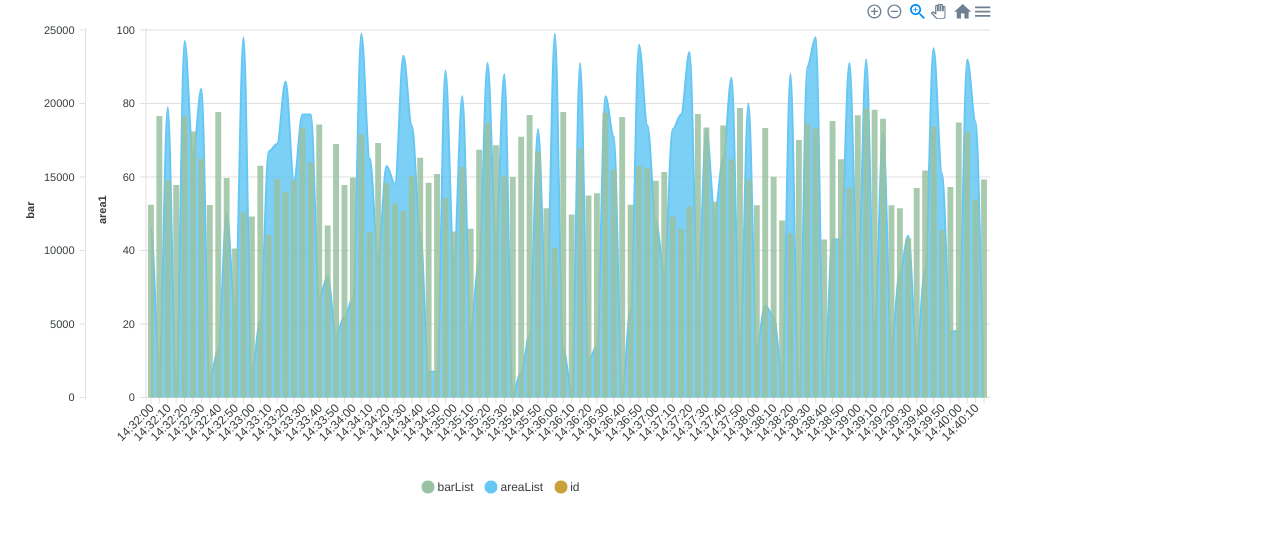
Repository: wanted-pre-onboarding-internship-1team/pre-onboarding-9th-3-1
Page: /
The author's editor kept a copy of each file at every save. The page is drawn from the files as they stood at one save, then again after the next save.
The browser window is 1280 px wide. The pictures show the whole page.
The project was rebuilt for these pictures with package versions that can differ from the ones it lists, and the page was loaded fresh each time.

Above is the page before, as saved 2023-03-15 00:28:46.

### public/index.html
<!DOCTYPE html>
<html lang="en">
  <head>
    <meta charset="utf-8" />
    <link rel="icon" href="%PUBLIC_URL%/favicon.ico" />
    <meta name="viewport" content="width=device-width, initial-scale=1" />
    <meta name="theme-color" content="#000000" />

    <title>React App</title>
  </head>

  <body>
    <div id="root"></div>
  </body>
</html>

### src/index.tsx
import App from './App';
import './index.css';
import React from 'react';
import ReactDOM from 'react-dom/client';
import { BrowserRouter } from 'react-router-dom';

const root = ReactDOM.createRoot(
  document.getElementById('root') as HTMLElement
);
root.render(
  <BrowserRouter>
    <App />
  </BrowserRouter>
);

### src/App.tsx
import Router from './router/router';
import { createGlobalStyle } from 'styled-components';
import reset from 'styled-reset';

const GlobalStyle = createGlobalStyle`
  ${reset}
`;

function App() {
  return (
    <>
      <GlobalStyle />
      <Router />
    </>
  );
}

export default App;

### src/router/router.tsx
import Mainpage from '../pages/Mainpage';
import React from 'react';
import { Route, Routes } from 'react-router-dom';

export default function router() {
  return (
    <Routes>
      <Route path='/' element={<Mainpage />} />
    </Routes>
  );
}

### src/pages/Mainpage.tsx
import { api } from '../apis';
import { GetMockResponse } from '../apis/types/mock';
import useMockList from '../hooks/useMockList';
import axios from 'axios';
import React, { useEffect, useState } from 'react';
import ApexCharts from 'react-apexcharts';

export default function Mainpage() {
  const test = useMockList();
  console.log(test);
  return (
    <div>
      {/* <ApexCharts
        type='line'
        height='500'
        width='500'
        series={[
          {
            name: 'Column A',
            type: 'column',
            data: [21.1, 23, 33.1, 34, 44.1, 44.9, 56.5, 58.5],
          },
          {
            name: 'Column B',
            type: 'column',
            data: [10, 19, 27, 26, 34, 35, 40, 38],
          },
          {
            name: 'Line C',
            type: 'line',
            data: [1.4, 2, 2.5, 1.5, 2.5, 2.8, 3.8, 4.6],
          },
        ]}
        options={{
          theme: {
            mode: 'dark',
          },
          chart: {
            toolbar: {
              show: false,
            },
          },
          grid: { show: false },
          stroke: {
            curve: 'smooth',
            width: 5,
          },
          xaxis: {
            categories: [2009, 2010, 2011, 2012, 2013, 2014, 2015, 2016],
          },
          yaxis: [
            {
              seriesName: 'Column A',
              axisTicks: {
                show: true,
              },
              axisBorder: {
                show: true,
              },
              title: {
                text: 'Columns',
              },
            },
            {
              seriesName: 'Column A',
              show: false,
            },
            {
              opposite: true,
              seriesName: 'Line C',
              axisTicks: {
                show: true,
              },
              axisBorder: {
                show: true,
              },
              title: {
                text: 'Line',
              },
            },
          ],
          colors: ['#99C2A2', '#C5EDAC', '#66C7F4'],
          legend: {
            horizontalAlign: 'left',
            offsetX: 40,
          },
        }}
      /> */}
      <ApexCharts
        height='500'
        width='1000'
        series={[
          {
            name: 'barList',
            type: 'column',
            data: test.barValueList,
          },
          {
            name: 'areaList',
            type: 'area',
            data: test.areaValueList,
          },
          {
            name: 'id',
            type: 'none',
            data: test.areaValueList,
          },
        ]}
        options={{
          stroke: {
            width: [0, 2, 5],
            curve: 'smooth',
          },
          dataLabels: {
            enabled: false,
          },
          yaxis: [
            {
              seriesName: 'areaList',
              axisTicks: {
                show: true,
              },
              axisBorder: {
                show: true,
              },
              title: {
                text: 'area1',
              },
            },
            {
              seriesName: 'barList',
              axisTicks: {
                show: true,
              },
              axisBorder: {
                show: true,
              },
              title: {
                text: 'bar',
              },
            },
          ],
          xaxis: {
            categories: test.timeList,
          },
          colors: ['#99C2A2', '#66C7F4', '#caa137'],
        }}
      />
    </div>
  );
}

{
  /* <div>
<ApexCharts
  height='500'
  width='1000'
  series={[
    {
      name: 'TEAM A',
      type: 'column',
      data: test.areaValueList,
    },
  ]}
  options={{
    grid: {
      row: {
        colors: ['#f3f3f3', 'transparent'],
        opacity: 0.5,
      },
    },
    stroke: {
      width: [0, 2, 5],
      curve: 'smooth',
    },

    xaxis: {
      categories: test.timeList,
    },
    colors: ['red', 'blue'],
  }}
/>
</div> */
}

### src/hooks/useMockList.ts
import { api } from '../apis';
import { GetMockResponse } from '../apis/types/mock';
import { useEffect, useState } from 'react';

export default function useMockList() {
  const [originData, setOriginData] = useState<GetMockResponse['response']>();

  const dateList = originData ? Object.keys(originData) : [];

  const timeList = originData
    ? Object.keys(originData).map(time => time.split(' ')[1])
    : [];

  const idList = originData
    ? Object.entries(originData).map(entry => entry[1].id)
    : [];

  const barValueList = originData
    ? Object.entries(originData).map(entry => entry[1].value_bar)
    : [];

  const areaValueList = originData
    ? Object.entries(originData).map(entry => entry[1].value_area)
    : [];

  useEffect(() => {
    api.mock.getMockDatas().then(res => {
      const { data } = res;
      setOriginData(data.response);
    });
  }, []);

  return { timeList, dateList, idList, barValueList, areaValueList };
}

### src/apis/index.ts
import { instance } from './instance';
import MockService from './mockService';

const mockService = new MockService(instance);

export const api = { mock: mockService };

### src/apis/instance.ts
import axios, { AxiosInstance, AxiosRequestConfig, AxiosResponse } from 'axios';

interface CustomInstance extends AxiosInstance {
  get<T = unknown, R = AxiosResponse<T>, D = unknown>(
    url: string,
    config?: AxiosRequestConfig<D>
  ): Promise<R>;
}

const instance: CustomInstance = axios.create({
  baseURL: '/',
});

export { instance };

### src/apis/mockService.ts
import { instance } from './instance';
import { GetMockResponse } from './types/mock';

export default class MockService {
  constructor(private api: typeof instance) {}
  getMockDatas = async () => this.api.get<GetMockResponse>('data/mock.json');
}

### public/data/mock.json
{
  "type": "Flexsys Mock API",
  "version": 1.0,
  "response": {
    "2023-02-01 14:32:00": {
      "id": "성북구",
      "value_area": 46,
      "value_bar": 13111
    },
    "2023-02-01 14:32:05": {
      "id": "강남구",
      "value_area": 9,
      "value_bar": 19143
    },
    "2023-02-01 14:32:10": {
      "id": "노원구",
      "value_area": 79,
      "value_bar": 14798
    },
    "2023-02-01 14:32:15": {
      "id": "중랑구",
      "value_area": 4,
      "value_bar": 14456
    },
    "2023-02-01 14:32:20": {
      "id": "노원구",
      "value_area": 97,
      "value_bar": 19116
    },
    "2023-02-01 14:32:25": {
      "id": "성북구",
      "value_area": 66,
      "value_bar": 18098
    },
    "2023-02-01 14:32:30": {
      "id": "중랑구",
      "value_area": 84,
      "value_bar": 16243
    },
    "2023-02-01 14:32:35": {
      "id": "강남구",
      "value_area": 5,
      "value_bar": 13100
    },
    "2023-02-01 14:32:40": {
      "id": "성북구",
      "value_area": 13,
      "value_bar": 19429
    },
    "2023-02-01 14:32:45": {
      "id": "노원구",
      "value_area": 50,
      "value_bar": 14923
    },
    "2023-02-01 14:32:50": {
      "id": "강남구",
      "value_area": 24,
      "value_bar": 10127
    },
    "2023-02-01 14:32:55": {
      "id": "강남구",
      "value_area": 98,
      "value_bar": 12583
    },
    "2023-02-01 14:33:00": {
      "id": "중랑구",
      "value_area": 7,
      "value_bar": 12310
    },
    "2023-02-01 14:33:05": {
      "id": "중랑구",
      "value_area": 21,
      "value_bar": 15764
    },
    "2023-02-01 14:33:10": {
      "id": "강남구",
      "value_area": 67,
      "value_bar": 11060
    },
    "2023-02-01 14:33:15": {
      "id": "강남구",
      "value_area": 69,
      "value_bar": 14857
    },
    "2023-02-01 14:33:20": {
      "id": "노원구",
      "value_area": 86,
      "value_bar": 13995
    },
    "2023-02-01 14:33:25": {
      "id": "중랑구",
      "value_area": 59,
      "value_bar": 14773
    },
    "2023-02-01 14:33:30": {
      "id": "노원구",
      "value_area": 77,
      "value_bar": 18347
    },
    "2023-02-01 14:33:35": {
      "id": "성북구",
      "value_area": 77,
      "value_bar": 15970
    },
    "2023-02-01 14:33:40": {
      "id": "성북구",
      "value_area": 27,
      "value_bar": 18577
    },
    "2023-02-01 14:33:45": {
      "id": "성북구",
      "value_area": 33,
      "value_bar": 11704
    },
    "2023-02-01 14:33:50": {
      "id": "성북구",
      "value_area": 17,
      "value_bar": 17241
    },
    "2023-02-01 14:33:55": {
      "id": "노원구",
      "value_area": 22,
      "value_bar": 14450
    },
    "2023-02-01 14:34:00": {
      "id": "중랑구",
      "value_area": 27,
      "value_bar": 14970
    },
    "2023-02-01 14:34:05": {
      "id": "중랑구",
      "value_area": 99,
      "value_bar": 17906
    },
    "2023-02-01 14:34:10": {
      "id": "강남구",
      "value_area": 65,
      "value_bar": 11233
    },
    "2023-02-01 14:34:15": {
      "id": "노원구",
      "value_area": 38,
      "value_bar": 17306
    },
    "2023-02-01 14:34:20": {
      "id": "성북구",
      "value_area": 63,
      "value_bar": 14577
    },
    "2023-02-01 14:34:25": {
      "id": "중랑구",
      "value_area": 58,
      "value_bar": 13199
    },
    "2023-02-01 14:34:30": {
      "id": "중랑구",
      "value_area": 93,
      "value_bar": 12707
    },
    "2023-02-01 14:34:35": {
      "id": "강남구",
      "value_area": 74,
      "value_bar": 15064
    },
    "2023-02-01 14:34:40": {
      "id": "강남구",
      "value_area": 45,
      "value_bar": 16300
    },
    "2023-02-01 14:34:45": {
      "id": "성북구",
      "value_area": 7,
      "value_bar": 14605
    },
    "2023-02-01 14:34:50": {
      "id": "노원구",
      "value_area": 7,
      "value_bar": 15210
    },
    "2023-02-01 14:34:55": {
      "id": "성북구",
      "value_area": 89,
      "value_bar": 13578
    },
    "2023-02-01 14:35:00": {
      "id": "중랑구",
      "value_area": 37,
      "value_bar": 11298
    },
    "2023-02-01 14:35:05": {
      "id": "노원구",
      "value_area": 82,
      "value_bar": 15686
    },
    "2023-02-01 14:35:10": {
      "id": "중랑구",
      "value_area": 19,
      "value_bar": 11485
    },
    "2023-02-01 14:35:15": {
      "id": "성북구",
      "value_area": 37,
      "value_bar": 16848
    },
    "2023-02-01 14:35:20": {
      "id": "성북구",
      "value_area": 91,
      "value_bar": 18670
    },
    "2023-02-01 14:35:25": {
      "id": "강남구",
      "value_area": 44,
      "value_bar": 17165
    },
    "2023-02-01 14:35:30": {
      "id": "성북구",
      "value_area": 88,
      "value_bar": 15053
    },
    "2023-02-01 14:35:35": {
      "id": "성북구",
      "value_area": 1,
      "value_bar": 14998
    },
    "2023-02-01 14:35:40": {
      "id": "강남구",
      "value_area": 7,
      "value_bar": 17739
    },
    "2023-02-01 14:35:45": {
      "id": "중랑구",
      "value_area": 17,
      "value_bar": 19212
    },
    "2023-02-01 14:35:50": {
      "id": "노원구",
      "value_area": 73,
      "value_bar": 16757
    },
    "2023-02-01 14:35:55": {
      "id": "노원구",
      "value_area": 24,
      "value_bar": 12864
    },
    "2023-02-01 14:36:00": {
      "id": "노원구",
      "value_area": 99,
      "value_bar": 10178
    },
    "2023-02-01 14:36:05": {
      "id": "성북구",
      "value_area": 13,
      "value_bar": 19425
    },
    "2023-02-01 14:36:10": {
      "id": "강남구",
      "value_area": 2,
      "value_bar": 12455
    },
    "2023-02-01 14:36:15": {
      "id": "노원구",
      "value_area": 91,
      "value_bar": 16945
    },
    "2023-02-01 14:36:20": {
      "id": "성북구",
      "value_area": 10,
      "value_bar": 13734
    },
    "2023-02-01 14:36:25": {
      "id": "성북구",
      "value_area": 14,
      "value_bar": 13894
    },
    "2023-02-01 14:36:30": {
      "id": "중랑구",
      "value_area": 82,
      "value_bar": 19367
    },
    "2023-02-01 14:36:35": {
      "id": "중랑구",
      "value_area": 71,
      "value_bar": 15492
    },
    "2023-02-01 14:36:40": {
      "id": "강남구",
      "value_area": 2,
      "value_bar": 19082
    },
    "2023-02-01 14:36:45": {
      "id": "노원구",
      "value_area": 24,
      "value_bar": 13117
    },
    "2023-02-01 14:36:50": {
      "id": "노원구",
      "value_area": 96,
      "value_bar": 15744
    },
    "2023-02-01 14:36:55": {
      "id": "성북구",
      "value_area": 74,
      "value_bar": 15609
    },
    "2023-02-01 14:37:00": {
      "id": "노원구",
      "value_area": 48,
      "value_bar": 14747
    },
    "2023-02-01 14:37:05": {
      "id": "중랑구",
      "value_area": 34,
      "value_bar": 15331
    },
    "2023-02-01 14:37:10": {
      "id": "노원구",
      "value_area": 73,
      "value_bar": 12292
    },
    "2023-02-01 14:37:15": {
      "id": "강남구",
      "value_area": 77,
      "value_bar": 11454
    },
    "2023-02-01 14:37:20": {
      "id": "강남구",
      "value_area": 94,
      "value_bar": 12972
    },
    "2023-02-01 14:37:25": {
      "id": "성북구",
      "value_area": 29,
      "value_bar": 19279
    },
    "2023-02-01 14:37:30": {
      "id": "노원구",
      "value_area": 73,
      "value_bar": 18371
    },
    "2023-02-01 14:37:35": {
      "id": "노원구",
      "value_area": 50,
      "value_bar": 13317
    },
    "2023-02-01 14:37:40": {
      "id": "강남구",
      "value_area": 65,
      "value_bar": 18504
    },
    "2023-02-01 14:37:45": {
      "id": "성북구",
      "value_area": 87,
      "value_bar": 16196
    },
    "2023-02-01 14:37:50": {
      "id": "강남구",
      "value_area": 14,
      "value_bar": 19701
    },
    "2023-02-01 14:37:55": {
      "id": "중랑구",
      "value_area": 80,
      "value_bar": 14836
    },
    "2023-02-01 14:38:00": {
      "id": "노원구",
      "value_area": 14,
      "value_bar": 13074
    },
    "2023-02-01 14:38:05": {
      "id": "성북구",
      "value_area": 25,
      "value_bar": 18335
    },
    "2023-02-01 14:38:10": {
      "id": "중랑구",
      "value_area": 22,
      "value_bar": 15022
    },
    "2023-02-01 14:38:15": {
      "id": "노원구",
      "value_area": 6,
      "value_bar": 12043
    },
    "2023-02-01 14:38:20": {
      "id": "중랑구",
      "value_area": 88,
      "value_bar": 11144
    },
    "2023-02-01 14:38:25": {
      "id": "강남구",
      "value_area": 1,
      "value_bar": 17518
    },
    "2023-02-01 14:38:30": {
      "id": "노원구",
      "value_area": 90,
      "value_bar": 18643
    },
    "2023-02-01 14:38:35": {
      "id": "성북구",
      "value_area": 98,
      "value_bar": 18318
    },
    "2023-02-01 14:38:40": {
      "id": "중랑구",
      "value_area": 4,
      "value_bar": 10746
    },
    "2023-02-01 14:38:45": {
      "id": "강남구",
      "value_area": 43,
      "value_bar": 18806
    },
    "2023-02-01 14:38:50": {
      "id": "중랑구",
      "value_area": 43,
      "value_bar": 16209
    },
    "2023-02-01 14:38:55": {
      "id": "강남구",
      "value_area": 91,
      "value_bar": 14273
    },
    "2023-02-01 14:39:00": {
      "id": "성북구",
      "value_area": 31,
      "value_bar": 19193
    },
    "2023-02-01 14:39:05": {
      "id": "성북구",
      "value_area": 92,
      "value_bar": 19661
    },
    "2023-02-01 14:39:10": {
      "id": "노원구",
      "value_area": 20,
      "value_bar": 19574
    },
    "2023-02-01 14:39:15": {
      "id": "중랑구",
      "value_area": 72,
      "value_bar": 18963
    },
    "2023-02-01 14:39:20": {
      "id": "강남구",
      "value_area": 15,
      "value_bar": 13083
    },
    "2023-02-01 14:39:25": {
      "id": "성북구",
      "value_area": 34,
      "value_bar": 12868
    },
    "2023-02-01 14:39:30": {
      "id": "강남구",
      "value_area": 44,
      "value_bar": 10836
    },
    "2023-02-01 14:39:35": {
      "id": "중랑구",
      "value_area": 13,
      "value_bar": 14255
    },
    "2023-02-01 14:39:40": {
      "id": "노원구",
      "value_area": 35,
      "value_bar": 15437
    },
    "2023-02-01 14:39:45": {
      "id": "중랑구",
      "value_area": 95,
      "value_bar": 18426
    },
    "2023-02-01 14:39:50": {
      "id": "강남구",
      "value_area": 61,
      "value_bar": 11387
    },
    "2023-02-01 14:39:55": {
      "id": "성북구",
      "value_area": 18,
      "value_bar": 14312
    },
    "2023-02-01 14:40:00": {
      "id": "성북구",
      "value_area": 18,
      "value_bar": 18700
    },
    "2023-02-01 14:40:05": {
      "id": "중랑구",
      "value_area": 92,
      "value_bar": 18053
    },
    "2023-02-01 14:40:10": {
      "id": "강남구",
      "value_area": 75,
      "value_bar": 13460
    },
    "2023-02-01 14:40:15": {
      "id": "성북구",
      "value_area": 15,
      "value_bar": 14829
    }
  }
}

Loaded but not shown: src/index.css (common file)

After the next save:
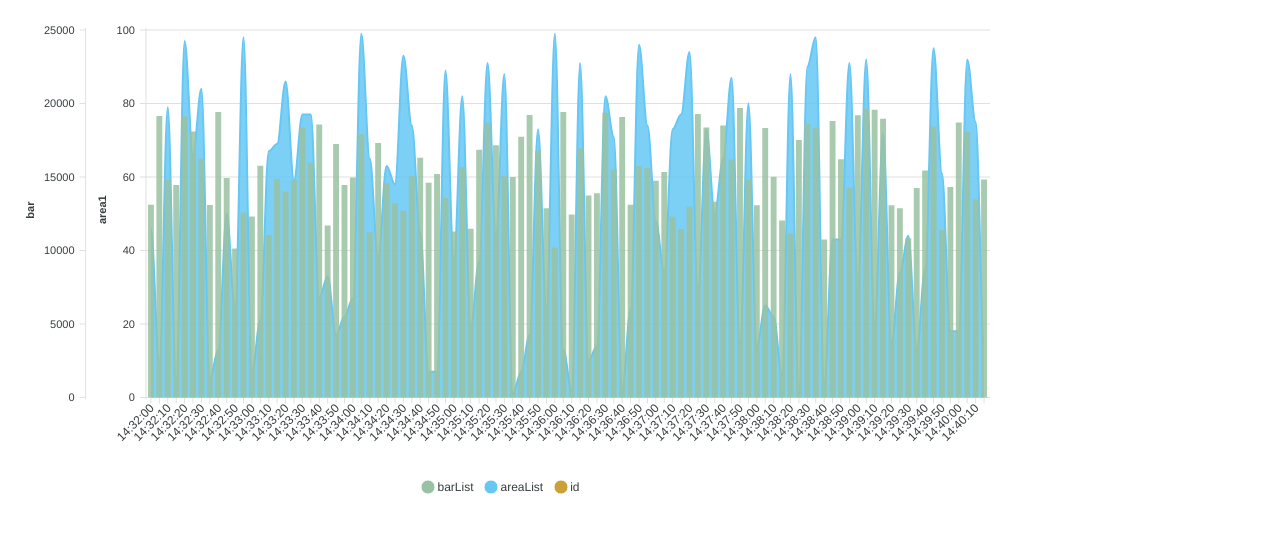
Saved 38 s later.
--- a/src/pages/Mainpage.tsx
+++ b/src/pages/Mainpage.tsx
@@ -107,6 +107,11 @@
           },
         ]}
         options={{
+          chart: {
+            toolbar: {
+              show: false,
+            },
+          },
           stroke: {
             width: [0, 2, 5],
             curve: 'smooth',

After the save that followed:
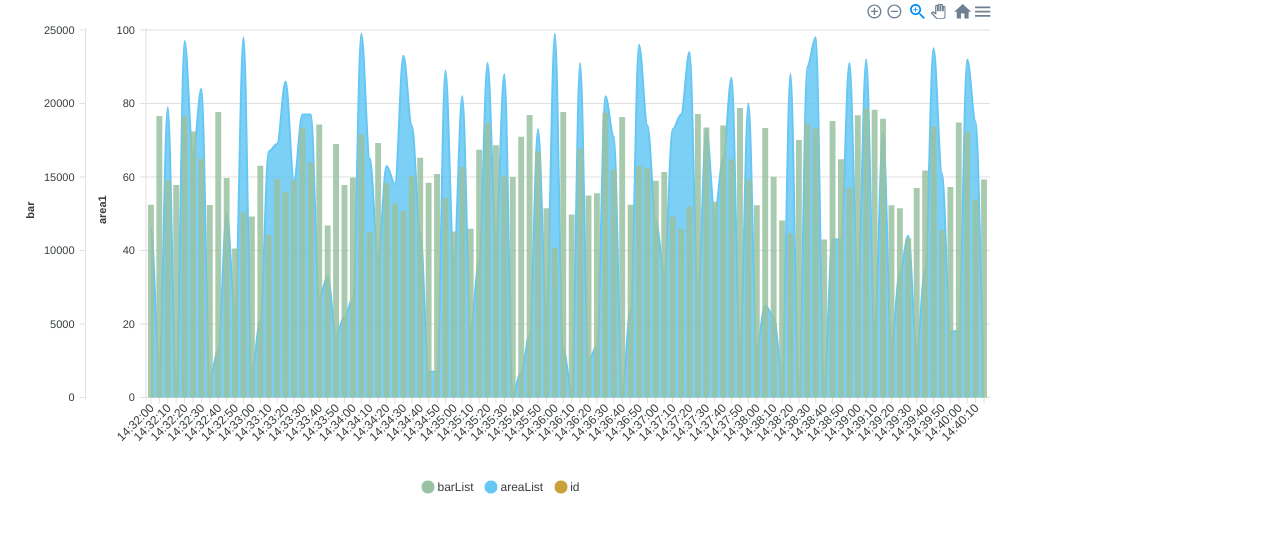
Saved 9 s later.
--- a/src/pages/Mainpage.tsx
+++ b/src/pages/Mainpage.tsx
@@ -107,11 +107,6 @@
           },
         ]}
         options={{
-          chart: {
-            toolbar: {
-              show: false,
-            },
-          },
           stroke: {
             width: [0, 2, 5],
             curve: 'smooth',
